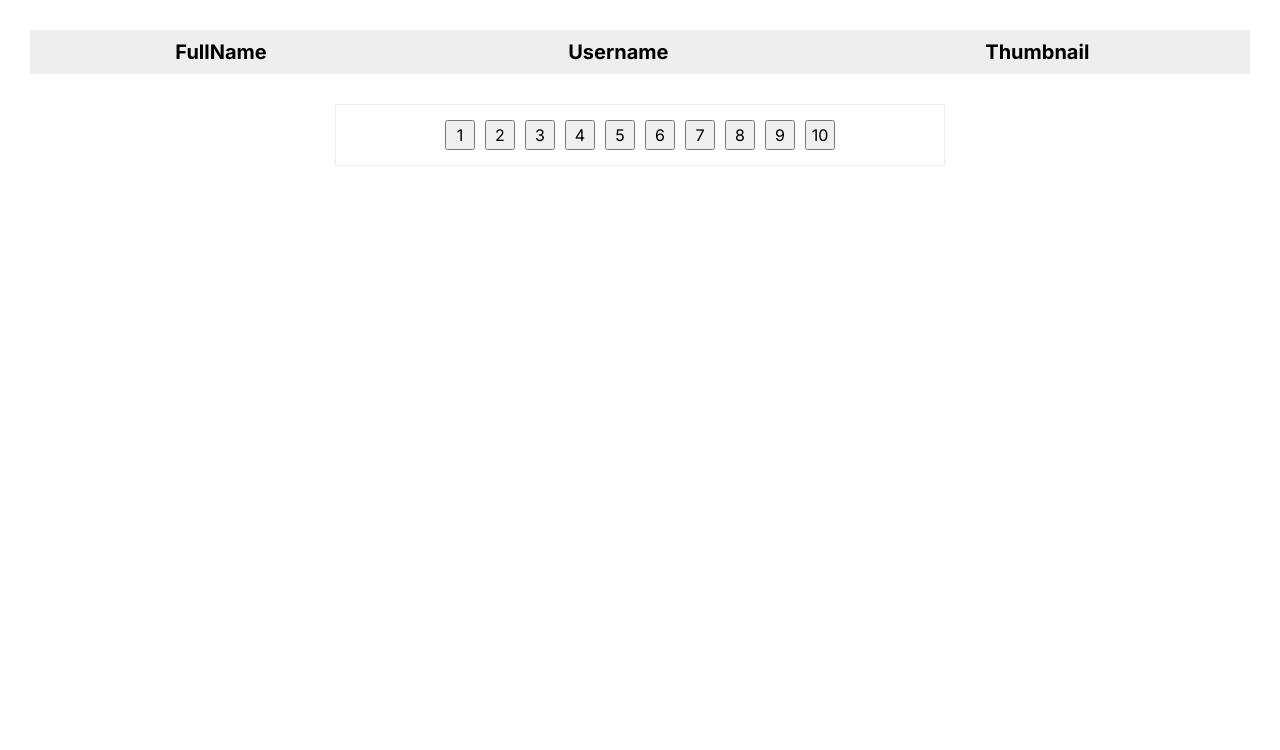
Repository: hoang0508/Test-FrontendReactJs-Twendee
Page: /
An editor plug-in stored every save of this project. The page is shown before and after the next save, followed by the edit.
The browser window is 1280 px wide. The pictures show the whole page.
The page's requests for data from a server got no answer. The project was rebuilt for these pictures with package versions that can differ from the ones it lists, and the page was loaded fresh each time. No one was signed in, and anything a server would have sent is missing.

Above is the page before, as saved 2023-02-06 21:41:21.

After the next save:
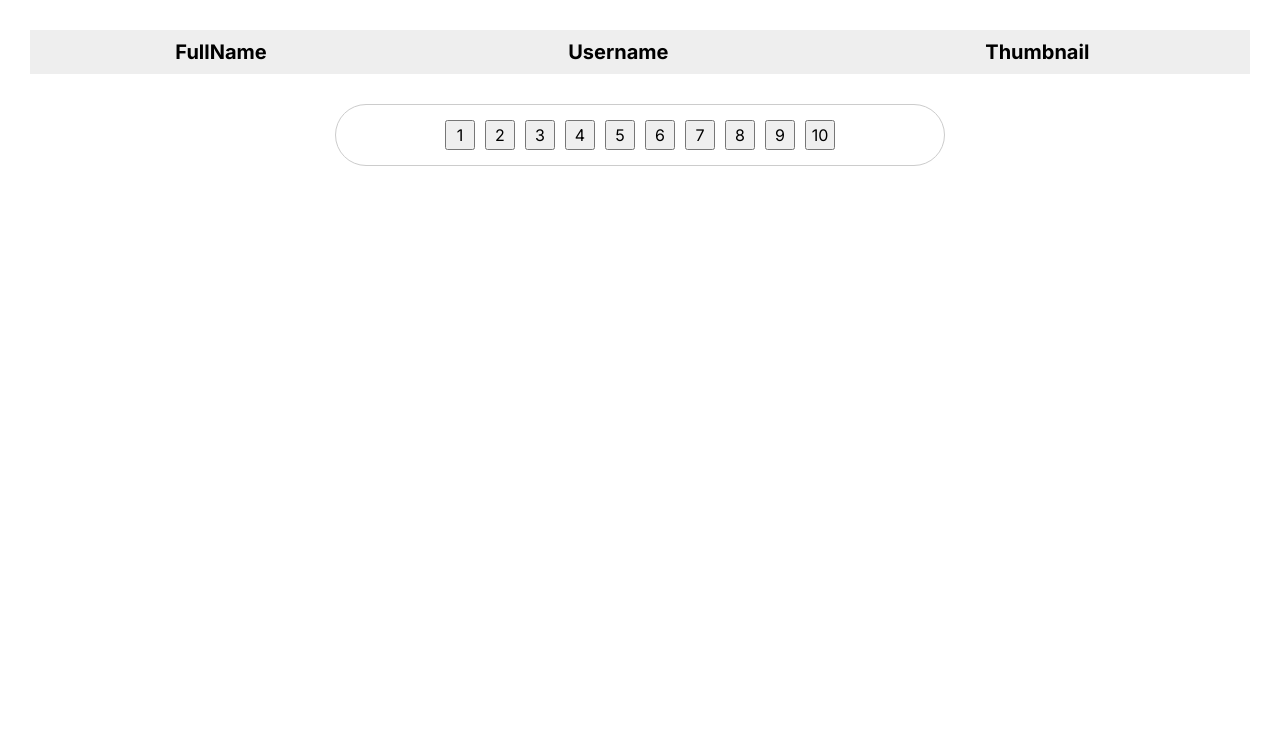
Saved 14 s later.
--- a/src/components/UserTable.scss
+++ b/src/components/UserTable.scss
@@ -46,7 +46,8 @@
   gap: 0 10px;
   margin-top: 30px;
   list-style: none;
-  border: 1px solid #eee;
+  border: 1px solid #ccc;
+  border-radius: 100rem;
   padding: 15px;
   width: 50%;
   margin: 30px auto 0;
